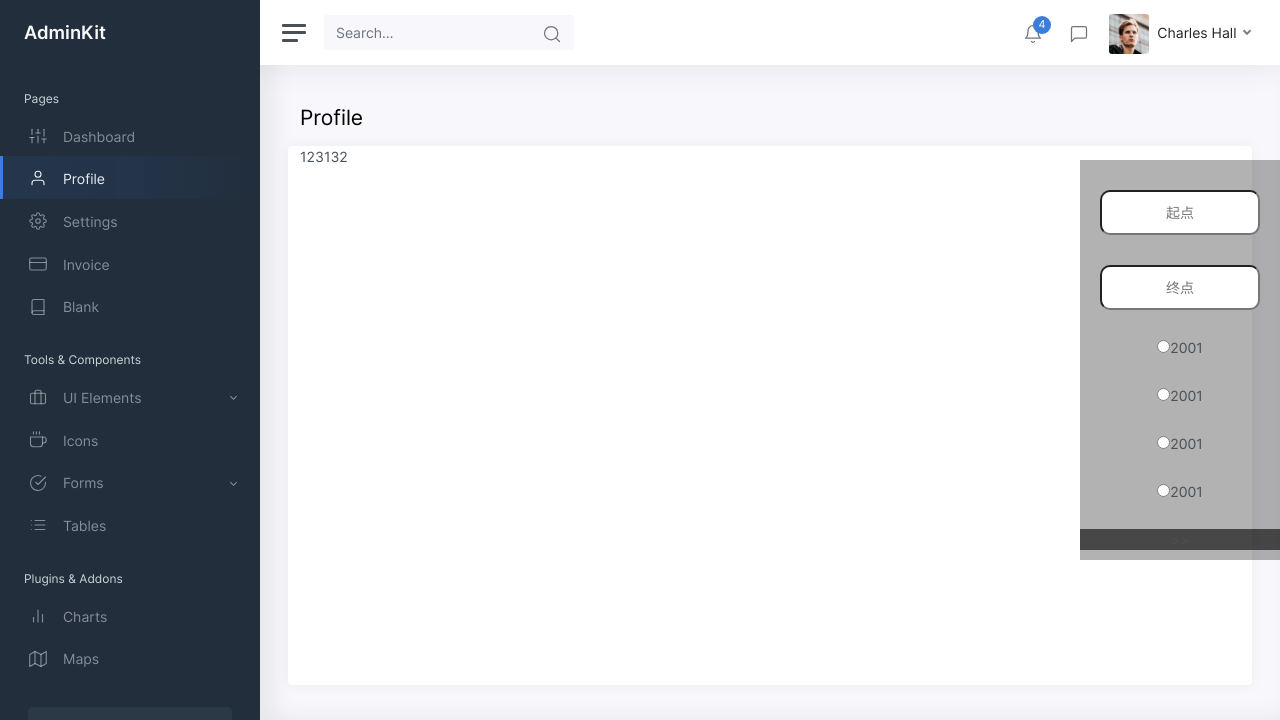
Repository: yuwei0922/WHURS-WGIS
Page: final_project/pages-profile.html
The author's editor kept a copy of each file at every save. The page is drawn from the files as they stood at one save, then again after the next save.
The browser window is 1280 px wide. The pictures show the whole page.

Above is the page before, as saved 2022-12-21 21:20:11.
Not found: final_project/js/vendor.js

### final_project/pages-profile.html
<!DOCTYPE html>
<html lang="en">

<head>
	<meta charset="utf-8">
	<meta http-equiv="X-UA-Compatible" content="IE=edge">
	<meta name="viewport" content="width=device-width, initial-scale=1, shrink-to-fit=no">
	<meta name="description" content="Responsive Web UI Kit &amp; Dashboard Template based on Bootstrap">
	<meta name="author" content="AdminKit">
	<meta name="keywords" content="adminkit, bootstrap, web ui kit, dashboard template, admin template">
	<link rel="shortcut icon" href="img/icons/icon-48x48.png" />
	<title>Profile</title>
	<link href="css/app.css" rel="stylesheet">
	<link rel="stylesheet" href="css/content.css">
</head>

<body>
	<div class="wrapper" style="position: relative;">
		<nav id="sidebar" class="sidebar">
			<div class="sidebar-content js-simplebar">
				<a class="sidebar-brand" href="index.html">
          <span class="align-middle">AdminKit</span>
        </a>

				<ul class="sidebar-nav">
					<li class="sidebar-header">
						Pages
					</li>

					<li class="sidebar-item">
						<a class="sidebar-link" href="index.html">
              <i class="align-middle" data-feather="sliders"></i> <span class="align-middle">Dashboard</span>
            </a>
					</li>

					<li class="sidebar-item active">
						<a class="sidebar-link" href="pages-profile.html">
              <i class="align-middle" data-feather="user"></i> <span class="align-middle">Profile</span>
            </a>
					</li>

					<li class="sidebar-item">
						<a class="sidebar-link" href="pages-settings.html">
              <i class="align-middle" data-feather="settings"></i> <span class="align-middle">Settings</span>
            </a>
					</li>

					<li class="sidebar-item">
						<a class="sidebar-link" href="pages-invoice.html">
              <i class="align-middle" data-feather="credit-card"></i> <span class="align-middle">Invoice</span>
            </a>
					</li>

					<li class="sidebar-item">
						<a class="sidebar-link" href="pages-blank.html">
              <i class="align-middle" data-feather="book"></i> <span class="align-middle">Blank</span>
            </a>
					</li>

					<li class="sidebar-header">
						Tools & Components
					</li>
					<li class="sidebar-item">
						<a href="#ui" data-toggle="collapse" class="sidebar-link collapsed">
              <i class="align-middle" data-feather="briefcase"></i> <span class="align-middle">UI Elements</span>
            </a>
						<ul id="ui" class="sidebar-dropdown list-unstyled collapse " data-parent="#sidebar">
							<li class="sidebar-item"><a class="sidebar-link" href="ui-alerts.html">Alerts</a></li>
							<li class="sidebar-item"><a class="sidebar-link" href="ui-buttons.html">Buttons</a></li>
							<li class="sidebar-item"><a class="sidebar-link" href="ui-cards.html">Cards</a></li>
							<li class="sidebar-item"><a class="sidebar-link" href="ui-general.html">General</a></li>
							<li class="sidebar-item"><a class="sidebar-link" href="ui-grid.html">Grid</a></li>
							<li class="sidebar-item"><a class="sidebar-link" href="ui-modals.html">Modals</a></li>
							<li class="sidebar-item"><a class="sidebar-link" href="ui-typography.html">Typography</a></li>
						</ul>
					</li>

					<li class="sidebar-item">
						<a class="sidebar-link" href="icons-feather.html">
              <i class="align-middle" data-feather="coffee"></i> <span class="align-middle">Icons</span>
            </a>
					</li>

					<li class="sidebar-item">
						<a href="#forms" data-toggle="collapse" class="sidebar-link collapsed">
              <i class="align-middle" data-feather="check-circle"></i> <span class="align-middle">Forms</span>
            </a>
						<ul id="forms" class="sidebar-dropdown list-unstyled collapse " data-parent="#sidebar">
							<li class="sidebar-item"><a class="sidebar-link" href="forms-layouts.html">Form Layouts</a></li>
							<li class="sidebar-item"><a class="sidebar-link" href="forms-basic-inputs.html">Basic Inputs</a></li>
						</ul>
					</li>

					<li class="sidebar-item">
						<a class="sidebar-link" href="tables-bootstrap.html">
              <i class="align-middle" data-feather="list"></i> <span class="align-middle">Tables</span>
            </a>
					</li>

					<li class="sidebar-header">
						Plugins & Addons
					</li>

					<li class="sidebar-item">
						<a class="sidebar-link" href="charts-chartjs.html">
              <i class="align-middle" data-feather="bar-chart-2"></i> <span class="align-middle">Charts</span>
            </a>
					</li>

					<li class="sidebar-item">
						<a class="sidebar-link" href="maps-google.html">
              <i class="align-middle" data-feather="map"></i> <span class="align-middle">Maps</span>
            </a>
					</li>
				</ul>

				<div class="sidebar-cta">
					<div class="sidebar-cta-content">
						<strong class="d-inline-block mb-2">Upgrade to Pro</strong>
						<div class="mb-3 text-sm">
							Are you looking for more components?
						</div>
						<a href="#" target="_blank" class="btn btn-outline-primary btn-block">Upgrade</a>
					</div>
				</div>
			</div>
		</nav>
		<div class="main">
			<nav class="navbar navbar-expand navbar-light navbar-bg">
				<a class="sidebar-toggle d-flex">
          <i class="hamburger align-self-center"></i>
        </a>

				<form class="form-inline d-none d-sm-inline-block">
					<div class="input-group input-group-navbar">
						<input type="text" class="form-control" placeholder="Search…" aria-label="Search">
						<div class="input-group-append">
							<button class="btn" type="button">
                <i class="align-middle" data-feather="search"></i>
              </button>
						</div>
					</div>
				</form>

				<div class="navbar-collapse collapse">
					<ul class="navbar-nav navbar-align">
						<li class="nav-item dropdown">
							<a class="nav-icon dropdown-toggle" href="#" id="alertsDropdown" data-toggle="dropdown">
								<div class="position-relative">
									<i class="align-middle" data-feather="bell"></i>
									<span class="indicator">4</span>
								</div>
							</a>
							<div class="dropdown-menu dropdown-menu-lg dropdown-menu-right py-0" aria-labelledby="alertsDropdown">
								<div class="dropdown-menu-header">
									4 New Notifications
								</div>
								<div class="list-group">
									<a href="#" class="list-group-item">
										<div class="row no-gutters align-items-center">
											<div class="col-2">
												<i class="text-danger" data-feather="alert-circle"></i>
											</div>
											<div class="col-10">
												<div class="text-dark">Update completed</div>
												<div class="text-muted small mt-1">Restart server 12 to complete the update.</div>
												<div class="text-muted small mt-1">30m ago</div>
											</div>
										</div>
									</a>
									<a href="#" class="list-group-item">
										<div class="row no-gutters align-items-center">
											<div class="col-2">
												<i class="text-warning" data-feather="bell"></i>
											</div>
											<div class="col-10">
												<div class="text-dark">Lorem ipsum</div>
												<div class="text-muted small mt-1">Aliquam ex eros, imperdiet vulputate hendrerit et.</div>
												<div class="text-muted small mt-1">2h ago</div>
											</div>
										</div>
									</a>
									<a href="#" class="list-group-item">
										<div class="row no-gutters align-items-center">
											<div class="col-2">
												<i class="text-primary" data-feather="home"></i>
											</div>
											<div class="col-10">
												<div class="text-dark">Login from 192.186.1.8</div>
												<div class="text-muted small mt-1">5h ago</div>
											</div>
										</div>
									</a>
									<a href="#" class="list-group-item">
										<div class="row no-gutters align-items-center">
											<div class="col-2">
												<i class="text-success" data-feather="user-plus"></i>
											</div>
											<div class="col-10">
												<div class="text-dark">New connection</div>
												<div class="text-muted small mt-1">Christina accepted your request.</div>
												<div class="text-muted small mt-1">14h ago</div>
											</div>
										</div>
									</a>
								</div>
								<div class="dropdown-menu-footer">
									<a href="#" class="text-muted">Show all notifications</a>
								</div>
							</div>
						</li>
						<li class="nav-item dropdown">
							<a class="nav-icon dropdown-toggle" href="#" id="messagesDropdown" data-toggle="dropdown">
								<div class="position-relative">
									<i class="align-middle" data-feather="message-square"></i>
								</div>
							</a>
							<div class="dropdown-menu dropdown-menu-lg dropdown-menu-right py-0" aria-labelledby="messagesDropdown">
								<div class="dropdown-menu-header">
									<div class="position-relative">
										4 New Messages
									</div>
								</div>
								<div class="list-group">
									<a href="#" class="list-group-item">
										<div class="row no-gutters align-items-center">
											<div class="col-2">
												<img src="img/avatars/avatar-5.jpg" class="avatar img-fluid rounded-circle" alt="Vanessa Tucker">
											</div>
											<div class="col-10 pl-2">
												<div class="text-dark">Vanessa Tucker</div>
												<div class="text-muted small mt-1">Nam pretium turpis et arcu. Duis arcu tortor.</div>
												<div class="text-muted small mt-1">15m ago</div>
											</div>
										</div>
									</a>
									<a href="#" class="list-group-item">
										<div class="row no-gutters align-items-center">
											<div class="col-2">
												<img src="img/avatars/avatar-2.jpg" class="avatar img-fluid rounded-circle" alt="William Harris">
											</div>
											<div class="col-10 pl-2">
												<div class="text-dark">William Harris</div>
												<div class="text-muted small mt-1">Curabitur ligula sapien euismod vitae.</div>
												<div class="text-muted small mt-1">2h ago</div>
											</div>
										</div>
									</a>
									<a href="#" class="list-group-item">
										<div class="row no-gutters align-items-center">
											<div class="col-2">
												<img src="img/avatars/avatar-4.jpg" class="avatar img-fluid rounded-circle" alt="Christina Mason">
											</div>
											<div class="col-10 pl-2">
												<div class="text-dark">Christina Mason</div>
												<div class="text-muted small mt-1">Pellentesque auctor neque nec urna.</div>
												<div class="text-muted small mt-1">4h ago</div>
											</div>
										</div>
									</a>
									<a href="#" class="list-group-item">
										<div class="row no-gutters align-items-center">
											<div class="col-2">
												<img src="img/avatars/avatar-3.jpg" class="avatar img-fluid rounded-circle" alt="Sharon Lessman">
											</div>
											<div class="col-10 pl-2">
												<div class="text-dark">Sharon Lessman</div>
												<div class="text-muted small mt-1">Aenean tellus metus, bibendum sed, posuere ac, mattis non.</div>
												<div class="text-muted small mt-1">5h ago</div>
											</div>
										</div>
									</a>
								</div>
								<div class="dropdown-menu-footer">
									<a href="#" class="text-muted">Show all messages</a>
								</div>
							</div>
						</li>
						<li class="nav-item dropdown">
							<a class="nav-icon dropdown-toggle d-inline-block d-sm-none" href="#" data-toggle="dropdown">
                <i class="align-middle" data-feather="settings"></i>
              </a>

							<a class="nav-link dropdown-toggle d-none d-sm-inline-block" href="#" data-toggle="dropdown">
                <img src="img/avatars/avatar.jpg" class="avatar img-fluid rounded mr-1" alt="Charles Hall" /> <span class="text-dark">Charles Hall</span>
              </a>
							<div class="dropdown-menu dropdown-menu-right">
								<a class="dropdown-item" href="pages-profile.html"><i class="align-middle mr-1" data-feather="user"></i> Profile</a>
								<a class="dropdown-item" href="#"><i class="align-middle mr-1" data-feather="pie-chart"></i> Analytics</a>
								<div class="dropdown-divider"></div>
								<a class="dropdown-item" href="pages-settings.html"><i class="align-middle mr-1" data-feather="settings"></i> Settings & Privacy</a>
								<a class="dropdown-item" href="#"><i class="align-middle mr-1" data-feather="help-circle"></i> Help Center</a>
								<div class="dropdown-divider"></div>
								<a class="dropdown-item" href="#">Log out</a>
							</div>
						</li>
					</ul>
				</div>
			</nav>
			<main class="content">
				<div class="container-fluid p-0 map-background">
					<h1 class="h3 mb-3">Profile</h1>
					<div class="row map-background">
						<div class="card col-12 mapcontent">123132</div>
					</div>
				</div>
			</main>
		</div>
	<div class="select-contronller">
		<form action="">
		<input type="text" placeholder="起点" name="ori" class="input-right">
		<input type="text" placeholder="终点" name="des" class="input-right">
		<br>
		<input type="radio" name="year" id="year" value="2001" class="radiosel">2001
		<br>
		<input type="radio" name="year" id="year" value="2001" class="radiosel">2001
		<br>
		<input type="radio" name="year" id="year" value="2001" class="radiosel">2001
		<br>
		<input type="radio" name="year" id="year" value="2001" class="radiosel">2001
		</form>
		<div class="changedis" >>></div>
	</div>
	</div>
	<script src="js/vendor.js"></script>
	<script src="js/app.js"></script>
	<script>
		let changedis=document.querySelector(".changedis")
		changedis.addEventListener('mouseover',function(){this.style.cursor="pointer"},'click',function(e){

		})
	</script>
</body>

</html>

### final_project/css/content.css
.map-background{
    height:100%;
}

.mapcontent{
    height: 90%;
}

.select-contronller{
    position: absolute;
    height: 400px;
    top: 50%;
    right: 0;
    transform: translateY(-50%);
    background-color:rgba(0,0,0,0.3) ;
    text-align: center;
    width: 200px;
    display: inline-block;
}

.input-right{
    margin-top: 30px;
    width: 80%;
    text-align: center;
    border-radius:10px;
    height: 45px;
}



.radiosel{
    margin-top: 30px;
}

.changedis{
    position: absolute;
    bottom: 10px;
    width: 100%;
    margin: 0 auto;
    background-color:rgba(0,0,0,0.6) ;
}

Loaded but not shown: final_project/css/app.css (library); final_project/js/app.js (library)

After the next save:
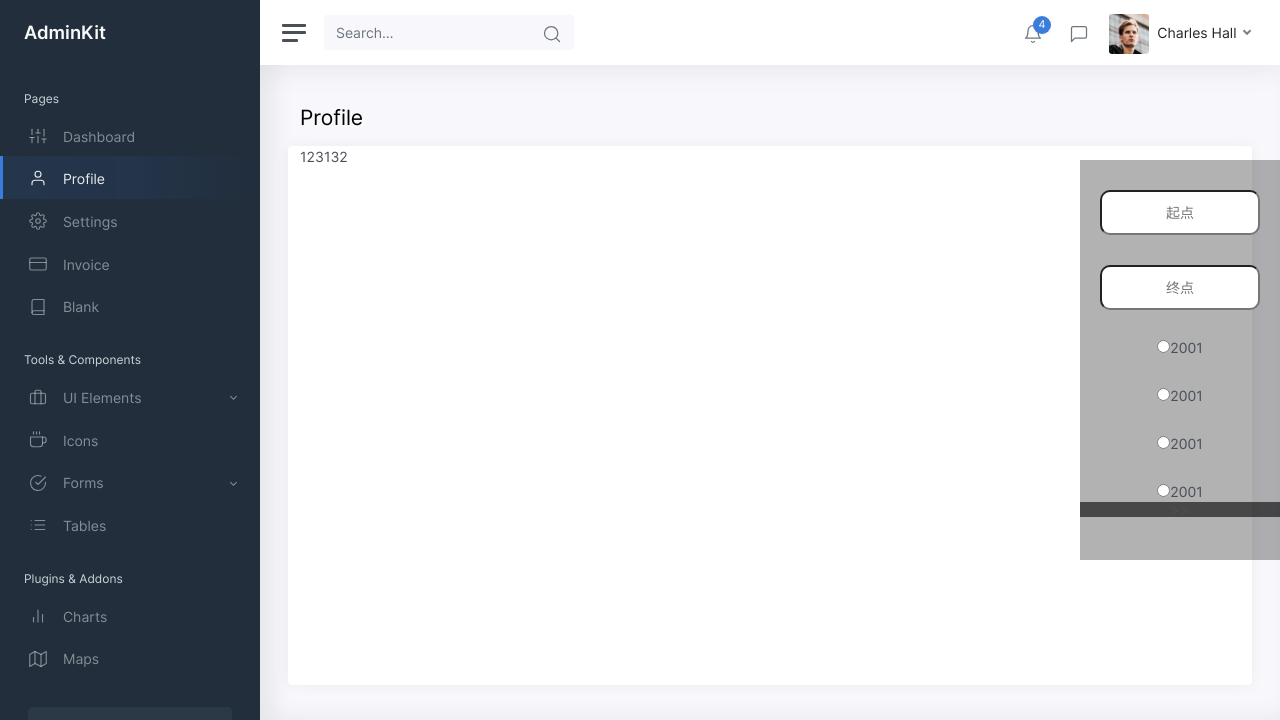
Saved 66 s later.
--- a/final_project/css/content.css
+++ b/final_project/css/content.css
@@ -34,7 +34,8 @@
 
 .changedis{
     position: absolute;
-    bottom: 10px;
+    line-height: 15px;
+    font-size: 15px;
     width: 100%;
     margin: 0 auto;
     background-color:rgba(0,0,0,0.6) ;
